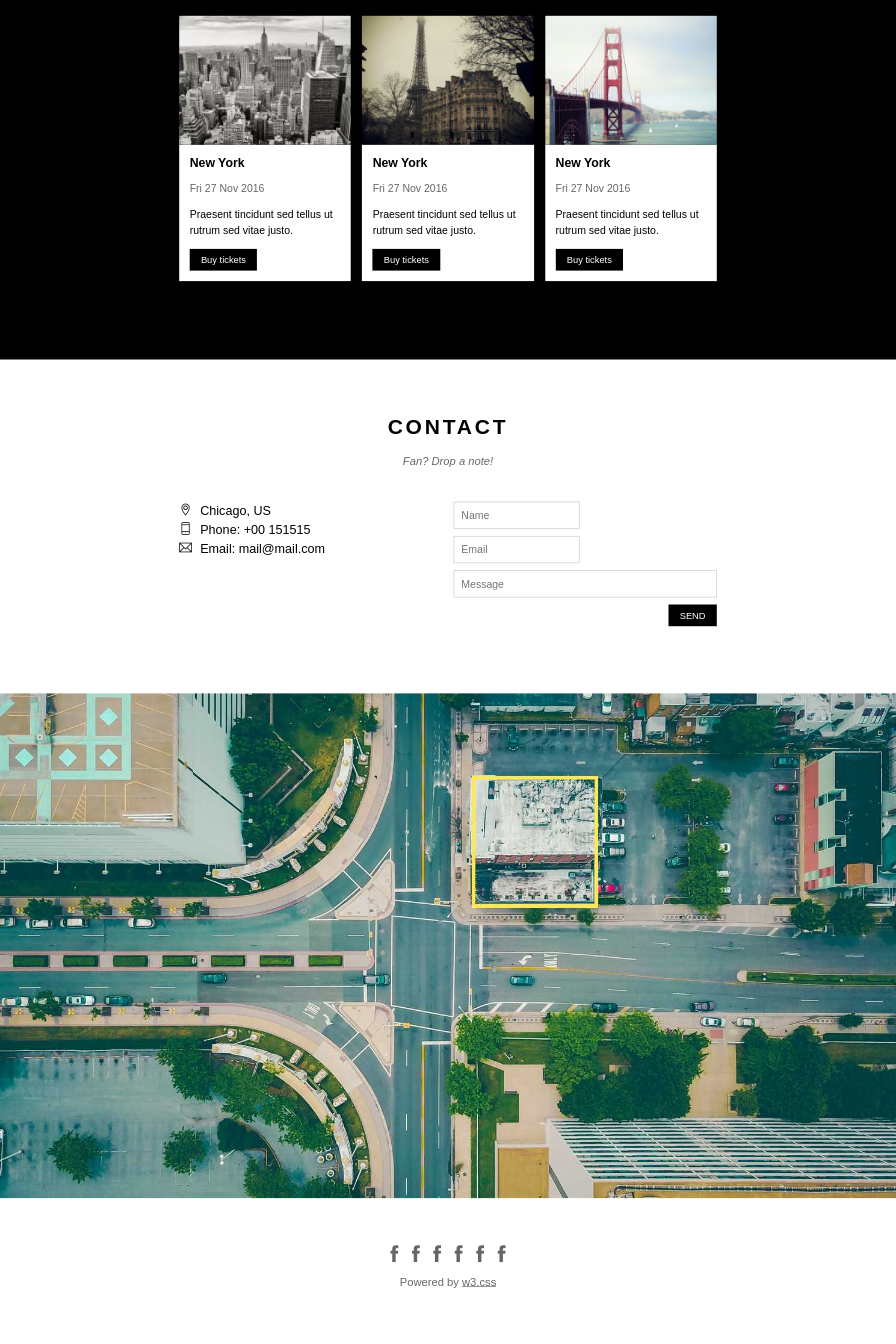
Repository: Bakyproit/the-Band
Page: index.html
These files come from the project's save history. The page is drawn as it stood at one moment and after the next save; the edit follows.
The browser window is 1280 px wide. The pictures show the part of the page from y = 1651 to 3571 px (the page is 3571 px tall before and 3522 px after), at 70% of full size.

Above is the page before, as saved 2022-01-03 23:24:15.

### index.html
<!DOCTYPE html>
<html lang="en">
<head>
    <meta charset="UTF-8">
    <meta http-equiv="X-UA-Compatible" content="IE=edge">
    <meta name="viewport" content="width=device-width, initial-scale=1.0">
    <link rel="stylesheet" href="./assets/fonts/themify-icons/themify-icons.css">
    <link rel="stylesheet" href="./assets/css/style.css">
    <link rel="stylesheet" href="./assets/css/reponsive.css">
    <title>The-Band</title>
</head>
<body>

    <div id="main">
        <!-- begin header   -->
        <div id="header">
            <!-- Begin : Nav -->
            <ul id="nav">
                <li>
                    <a href="#">Home</a>
                </li>
                <li><a href="#band">Band</a></li>
                <li><a href="#tour">Tour</a></li>
                <li><a href="#contact">Contact</a></li>
                <li>
                    <a href="#">
                        More
                        <i class="nav-arrow-down ti-angle-down"></i>

                    </a>
                    <ul class="subnav">
                        <li><a href="#">Merchandise</a></li>
                        <li><a href="#">Extras</a></li>
                        <li><a href="#">Media</a></li>
                    </ul>
                </li>
            </ul>
            <!-- End : Nav -->
            <!-- Begin : Search button -->
            <div class="search-btn">
                <i class="search-icon ti-search"></i>
            </div>
            <div class="mobile-menu-btn" id='mobile-menu'>
                <i class="menu-icon ti-menu"></i>
            </div>
            <!-- End : Search button-->


        </div>
        <!-- end header     -->
        <!-- Begin slider== -->
        <div id="slider">
            <div class="text-content">
                <h2 class="text-heading">Chicago</h2>
                <div class="text-description">Thank you, Chicago - A night we won't forget</div>
            </div>

        </div>
        <!-- End slider    -->
        <!-- Begin content -->
        <div id="content">
        <!-- The- band -->
            <div id ="band" class="content-section">
                <h2 class="section-heading">THE BAND</h2>
                <p class="section-sub-heading">We love music</p>
                <p class="about-text">We have created a fictional band website. Lorem ipsum dolor sit amet, consectetur adipiscing elit, sed do eiusmod tempor incididunt ut labore et dolore magna aliqua. Ut enim ad minim veniam, quis nostrud exercitation ullamco laboris nisi ut aliquip ex ea commodo consequat. Duis aute irure dolor in reprehenderit in voluptate velit esse cillum dolore eu fugiat nulla pariatur. Excepteur sint occaecat cupidatat non proident, sunt in culpa qui officia deserunt mollit anim id est laborum consectetur adipiscing elit, sed do eiusmod tempor incididunt ut labore et dolore magna aliqua. Ut enim ad minim veniam, quis nostrud exercitation ullamco laboris nisi ut aliquip ex ea commodo consequat.</p>
                <div class="member-list">
                    <div class="col-third member-item">
                        <p class="member-name">Name</p>
                        <img src="/assets/img/bandmember.jpg" alt="" class="member-img">
                    </div>
                    <div class="col-third member-item">
                        <p class="member-name">Name</p>
                        <img src="/assets/img/bandmember.jpg" alt="" class="member-img">
                    </div>
                    <div class="col-third member-item">
                        <p class="member-name">Name</p>
                        <img src="/assets/img/bandmember.jpg" alt="" class="member-img">
                    </div>

                </div>

            </div>
        <!-- Tour -->
            <div id ="tour" class="tour-section">
                <div class="content-section ">
                    <h2 class="section-heading text-white">TOUR DATES</h2>
                    <p class="section-sub-heading text-white">Remember to book your tickets!</p>
                    <ul class="tickets-list">
                        <li>
                            September
                            <span class="sold-out">Sold out</span>
                        </li>
                        <li>
                            October
                            <span class="sold-out" >Sold out</span>
                        </li>
                        <li>
                            November
                            <span class="quantity" >3</span>
                        </li>
                    </ul>
                    <!-- places - list -->
                    <div class="places-list row">
                        <div class="places-item  col col-third">
                            <img src="/assets/img/play/play1.jpg" alt="" class="places-img">
                            <div class="places-content">
                                <h3 class="places-name">New York</h3>
                                <p class="places-time">Fri 27 Nov 2016</p>
                                <p class="places-title">Praesent tincidunt sed tellus ut rutrum sed vitae justo.</p>
                                <button  class="btn js-buy-tickets ">Buy tickets</button>
                            </div>
                        </div>
                        <div class="places-item  col col-third ">
                            <img src="/assets/img/play/play2.jpg" alt="" class="places-img">
                            <div class="places-content">
                                <h3 class="places-name">New York</h3>
                                <p class="places-time">Fri 27 Nov 2016</p>
                                <p class="places-title">Praesent tincidunt sed tellus ut rutrum sed vitae justo.</p>
                                <button  class="btn js-buy-tickets ">Buy tickets</button>
                            </div>
                        </div>
                        <div class="places-item  col col-third">
                            <img src="/assets/img/play/play3.jpg" alt="" class="places-img">
                            <div class="places-content">
                                <h3 class="places-name">New York</h3>
                                <p class="places-time">Fri 27 Nov 2016</p>
                                <p class="places-title">Praesent tincidunt sed tellus ut rutrum sed vitae justo.</p>
                                <button  class="btn js-buy-tickets ">Buy tickets</button>
                            </div>
                        </div>
                    </div>
                </div>
            </div>
        <!--    Contact -->
            <div id ="contact" class="content-section">
                <h2 class="section-heading ">CONTACT</h2>
                <p class="section-sub-heading ">Fan? Drop a note!</p>
                <!-- contact - content -->
                <div class="row contact-content">
                    <div class="col col-half contact-info">
                        <p><i class="ti-location-pin"></i>Chicago, US</p>
                        <p><i class="ti-mobile"></i>Phone: +00 151515</p>
                        <p><i class="ti-email"></i>Email: mail@mail.com</p>
                    </div>
                    <div class="col col-half contact-form">
                        <form action="">
                            <div class="row ">
                                <div class="col col-half">
                                    <input type="text" name="" placeholder="Name" required id="" class="form-control">
                                </div>
                                <div class="col col-half">
                                    <input type="email" name="" placeholder="Email" required  id="" class="form-control">
                                </div>
                            </div>

                            <div class="row ">
                                <div class="col col-full">
                                    <input type="text" name="" placeholder="Message" required id="" class="form-control">
                                </div>
                            </div>
                            <input type="submit" value="SEND" class="btn pull-right">
                        </form>
                    </div>
                </div>
            </div>
        <!-- map -->
            <div class="map-section">
                <img src="./assets/img/map.jpg" alt="Map">
            </div>

        </div>
        <!-- End content -->
        <!-- Begin footer -->
        <div id="footer">
            <div class="social-list">
                <a href=""><i class="ti-facebook"></i></a>
                <a href=""><i class="ti-facebook"></i></a>
                <a href=""><i class="ti-facebook"></i></a>
                <a href=""><i class="ti-facebook"></i></a>
                <a href=""><i class="ti-facebook"></i></a>
                <a href=""><i class="ti-facebook"></i></a>
            </div>
            <p class="copy-right">Powered by <a href="">w3.css</a></p>
        </div>
        <!-- end-footer -->
        <!-- modal -->
        <div class="modal js-modal">
            <div class="modal-container js-modal-container">
                <div class="modal-close js-modal-close">
                    <i class="ti-close"></i>
                </div>
                <!-- header -->
                <header class="modal-header">
                    <i class="ti-bag"></i>
                    Tickets
                </header>
                <!-- body -->
                <div class="modal-body">
                    <label for="ticket-quantity" class="model-label">
                        <i class="ti-shopping-cart"></i>
                        Tickets, $15 per person
                    </label>
                    <input id="ticket-quantity" type="text" class="modal-input" placeholder="Howmany ?">


                    <label for="ticket-email" class="model-label">
                        <i class="ti-user"></i>
                        Send To
                    </label>
                    <input id= "ticket-email" type="text" class="modal-input" placeholder="Enter email ?">

                    <button class="buy-tickets">
                        Pay
                        <i class="ti-check"></i>
                    </button>
                </div>
                <footer class="modal-footer">
                    <p class="modal-help">Need <a href="">help?</a></p>
                </footer>
            </div>
        </div>
        <!-- end modal -->
        <!-- javascript -->
        <script>
            const buyBtns = document.querySelectorAll('.js-buy-tickets')
            const modal = document.querySelector('.js-modal')
            const modalClose = document.querySelector('.js-modal-close')
            const modalContainer =document.querySelector('.js-modal-container')
            function buyTickets(){
                modal.classList.add('open')
            }
            function hiddenBuyTickets(){
                modal.classList.remove('open')
            }


            for(const buyBtn of buyBtns){
                buyBtn.addEventListener('click' ,buyTickets )
            }
            modalClose.addEventListener('click' , hiddenBuyTickets)
            modal.addEventListener('click' , hiddenBuyTickets)
            modalContainer.addEventListener('click' , function (event){
                event.stopPropagation()
            })


            // dong mo menu
            var header = document.getElementById('header') ;
            var mobileMenu = document.getElementById('mobile-menu') ;
            var headerHeight = header.clientHeight ;
            mobileMenu.onclick= function(){
                // console.log(header.clientHeight);
                var isClosed = header.clientHeight === headerHeight ;
                if(isClosed){
                    header.style.height = 'auto' ;
                }else {
                    header.style.height = null ;
                }
            }
            //  tu dong dong khi chon menu
            var menuItems = document.querySelectorAll('#nav li a[href*="#"]') ;
            console.log(menuItems) ;
            for(var i = 0;i < menuItems.length ;i++) {
                var menuItem = menuItems[i] ;

                menuItem.onclick = function(event){
                    // kiem tra ae lien ke no
                    var isParentMenu = this.nextElementSibling &&
                            this.nextElementSibling.classList.contains('subnav') ;
                    if(isParentMenu){
                        event.preventDefault() ;
                    }else{
                        header.style.height = null ;
                    }
                }
            }

        </script>
        <!-- javascript -->
    </div>
</body>
</html>



<!-- hang row -->

### assets/css/style.css
/*
Reset css
*/
*{
    padding: 0;
    margin:  0;
    box-sizing: border-box;
}
html {
    font-family: Arial, Helvetica, sans-serif;
    scroll-behavior: smooth;
}
#main {

}
.text-white{
    color:#fff !important;
}
.btn{
    display: inline-block;
    text-decoration: none;
    padding: 8px 16px;
    color: #fff;
    background-color: #000;
    border : none  ;
}
.btn:hover{
    color: #000!important;
    background-color: #ccc!important;
    cursor: pointer;
}

.pull-right{
    float: right !important ;
}
.flex{
    display: flex;
}

.row {
    margin-left: -8px;
    margin-right: -8px;
}
.col {
    padding-left: 8px;
    padding-right: 8px;
}
.col-third{
    width: 33.33333%;
}
.col-half{
    width: 50%;
}
.col-full{
    width: 100%;
}
/* =====header===== */
#header {
    height: 46px;
    background-color: #000;
    position: fixed;
    top : 0 ;
    right: 0;
    left : 0;
    z-index: 1;
}
#nav{
    display: inline-block;
}
#nav .subnav {
    list-style-type: none;
}
/* nav */
#nav > li{
    display: inline-block;
    position: relative;
}
#nav li a{
    display: inline-block;
    color : #fff ;
    text-decoration: none;
    line-height: 46px;
    padding: 0px 24px;
    text-transform: uppercase;
}
#nav > li:hover > a,
#nav .subnav li:hover a{
    color : #000 ;
    background-color: #ccc;
}
/*     subnav */
#nav .subnav{
    display: none;
    position: absolute;
    top:100% ;
    background-color: #fff;
    /* bong do */
    box-shadow: 0 0 10px rgba(0, 0, 0,0.5) ;
    min-width: 160px;
}
#nav li:hover .subnav {
    display: block ;
}

#nav .subnav  a{
    display:  block;
    color: #000;
    padding: 0 12px;
    line-height: 38px;
}
#nav .nav-arrow-down{
    font-size: 14px;
}
.mobile-menu-btn{
    position: absolute;
    top: 0;
    right: 0;
}
.mobile-menu-btn,
#header .search-btn{
    float: right;
    padding: 0 21px;
}

#header .search-btn:hover{
    cursor: pointer;
    background-color:#f44336 ;
}
#header .mobile-menu-btn:hover {
    background-color:#ccc ;
}
#header .mobile-menu-btn:hover .menu-icon{
    color: #000;
}
#header .menu-icon ,
#header .search-icon{
    color : #fff ;
    font-size: 20px;
    line-height: 46px;
}


/* ====end header=======                 */
/*      Begin slider                     */
#slider {
    margin-top: 46px;
    padding-top:50%;
    /* luon bang 50% chieu rong */
    background: url('/assets/img/slider/slider1.jpg') top center / cover no-repeat;
    position: relative;
}
#slider .text-content{
    position: absolute;
    bottom: 48px;
    left:50%;
    color:#fff ;
    transform: translateX(-50%);
    text-align: center;

}
#slider .text-heading{
    margin:  0 0 25px 0 ;
    font-weight: 500px;
    font-size: 24px;
}
#slider .text-description{
    font-size: 15px;
}
/*    End slider                     */
/*    Begin content                  */
#content {
    color : #000 ;
}
#content .content-section{
    width: 800px;
    max-width: 100%;
    margin-left: auto;
    margin-right: auto;
    padding: 64px 16px;

}
#content .section-heading{
    margin: 10px 0;
    font-size: 30px;
    text-align: center;
    font-weight: 400px;
    letter-spacing: 4px;
    line-height: 45px;
}
#content .section-sub-heading{
    margin:15px 0 ;
    text-align: center;
    font-style: italic;
    opacity: 0.6;
    line-height: 22px;
}
/*             About                   */
#content .about-text{
    margin: 15px 0 ;
    font-size: 14px;
    text-align: justify ;
    line-height: 1.6;

}
#content .member-list{
    padding: 32px 0 ;
    display: flex;
    flex-wrap: wrap;
    text-align: center;
}

#content  .member-name{
    margin: 15px 0;
    font-size: 15px;
    line-height: 22px;
}
#content  .member-img{
    margin-bottom: 10px;
    width: 154px;
    border-radius: 4px;
}

/*                   Tour                        */
.tour-section{
    background-color: black;
    color:#fff ;
}
.tour-section .tickets-list li{
    list-style: none;
    color: #757575;
    padding: 8px 16px;
    font-size: 15px;
    line-height: 22px;
    background-color: #fff;
    border-bottom: 1px solid #ddd;
}
.tour-section  .sold-out{
    display: inline-block;
    background-color: #f44336;
    padding: 0 8px;
    margin-left:16px;
}
.tour-section .quantity{
    display: inline-block;
    padding: 0 8px;
    margin-right: 16px;
    background-color: #333;
    color:#fff ;
    border-radius: 50%;
    float: right;
}

.places-list{
    display: flex;
    flex-wrap: wrap;
    color: #000;
    font-size: 15px;
    padding: 32px 0 ;
}
.places-item{
    margin-bottom: 16px;
}

.places-img{
    width: 100%;
    display: block;
}
.places-img:hover{
    opacity: 0.6;
}
.places-content{
    padding: 15px;
    line-height: 22px;
    background-color: #fff;
}
.places-name{
}
.places-time{
    margin-top: 15px ;
    opacity: 0.6;
}
.places-title{
    margin: 15px 0 ;
    line-height: 1.5;
}




/*                  contact            */

.contact-content{
    display: flex;
    flex-wrap: wrap;
    padding-bottom: 32px  ;
    padding-top: 32px;
}
.contact-info{
    font-size: 18px;
    line-height: 1.5;
}
.contact-info i[class*="ti-"]{
    display: inline-block;
    width: 30px;

}

.contact-form .form-control{
    font-size: 15px;
    padding: 10px ;
    border : 1px solid #ccc ;
    width: 100%;
    margin-bottom: 10px;
}
/*                      Map-section                        */
.map-section img {
    width: 100%;
}


/*                      end content                 */
/*                      Begin footer                */

#footer {
    padding: 64px 16px;
    text-align: center;
}
#footer .social-list{
    font-size: 24px;

}
#footer .social-list a {
    text-decoration: none;
    color: rgba(0, 0, 0,0.6);

}
#footer .social-list a:hover{
    color: rgba(0, 0, 0,0.4);
}
#footer .copy-right{
    margin: 15px  0 ;
    color: rgba(0, 0, 0,0.6);
}
#footer .copy-right a{
    color: rgba(0, 0, 0,0.6);
}
/*                         end footer                */
/*                         modal                   */
.modal{
    position: fixed;
    top:0;
    right: 0 ;
    bottom: 0;
    left: 0;
    background: rgba(0,0,0,0.4);
    align-items: center;
    justify-content: center;
    display: none;
}
.modal.open{
    display: flex;
}
.modal-container{
    background-color: #fff;
    width: 900px;
    min-height: 300px;
    position: relative;
    animation: modalFaceIn ease .6s;
}
.modal-close {
    position: absolute;
    top: 0;
    right: 0;
    padding: 8px 16px;
    line-height: 36px;
    color:#fff ;
}
.modal-close:hover{
    color:#000 ;
    background: #ccc;
    opacity: 0.6;
}
.modal-header{
    background-color: #009688;
    height: 130px;
    font-size: 30px ;
    color:#fff ;
    display: flex;
    align-items: center;
    justify-content: center;
    padding: 32px 16px;
}
.modal-header i {
    margin-right: 20px;
}
.modal-body{
    padding: 0 16px ;
    margin-top: 15px;
}
.model-label{
    display: block;
    font-size: 15px;
    color: #000;
    padding: 2.5px 0;

}
.modal-input {
    padding: 11.5px 8px;
    border : 1px solid #ccc ;
    width: 100%;
    margin: 15px 0;
}

.buy-tickets{
    background-color: #009688;
    padding:18.5px 16px;
    margin-bottom: 16px;
    width: 100%;
    font-size: 15px;
    border :0 ;
}

.buy-tickets:hover{
    color:#000 ;
    background: #ccc;
}


.modal-footer{
    display: inline-block;
    margin: 15px 0;
    padding: 2.5px 16px ;
    font-size: 15px;
    float: right;
}
.modal-footer .modal-help{
}
.modal-footer a{
    color :#2196F3 ;
}



@keyframes modalFaceIn{

    from{
        opacity: 0;
        transform: translateY(-140px);
    }
    to{
        opacity: 1;
        transform: translateY(0);
    }
}

### assets/css/reponsive.css


/* mobile */
@media (max-width:739px) {
    /* header */
    #header {
        overflow: hidden;
    }
    #header .search-btn{
        display: none;
    }
    #nav {
        display: block;
    }
    #nav > li{
        display: block;
    }
    #nav > li:first-child{
        display: inline-block;
    }
    #nav li a {
        display: block;
    }
    #nav .subnav{
        position: inherit;
        background-color: #333;
    }
    #nav .subnav  a{
        color:#fff ;
        padding: 5px 41px;
    }
    /* content */
    #content .member-item{
        width: 100%;
        margin-top: 30px;
    }
    #content  .member-img{
        width: 60%;
    }
    /* places */
    .places-list .places-item{
        width: 100%;
    }
}

/* tablet */
@media (min-width:740px) and (max-width:1023px) {
    .mobile-menu-btn {
        display: none;
    }
}

/* PC */
@media (min-width:1024px) {
    .mobile-menu-btn {
        display: none;
    }
}

Loaded but not shown: assets/fonts/themify-icons/themify-icons.css (common file)

After the next save:
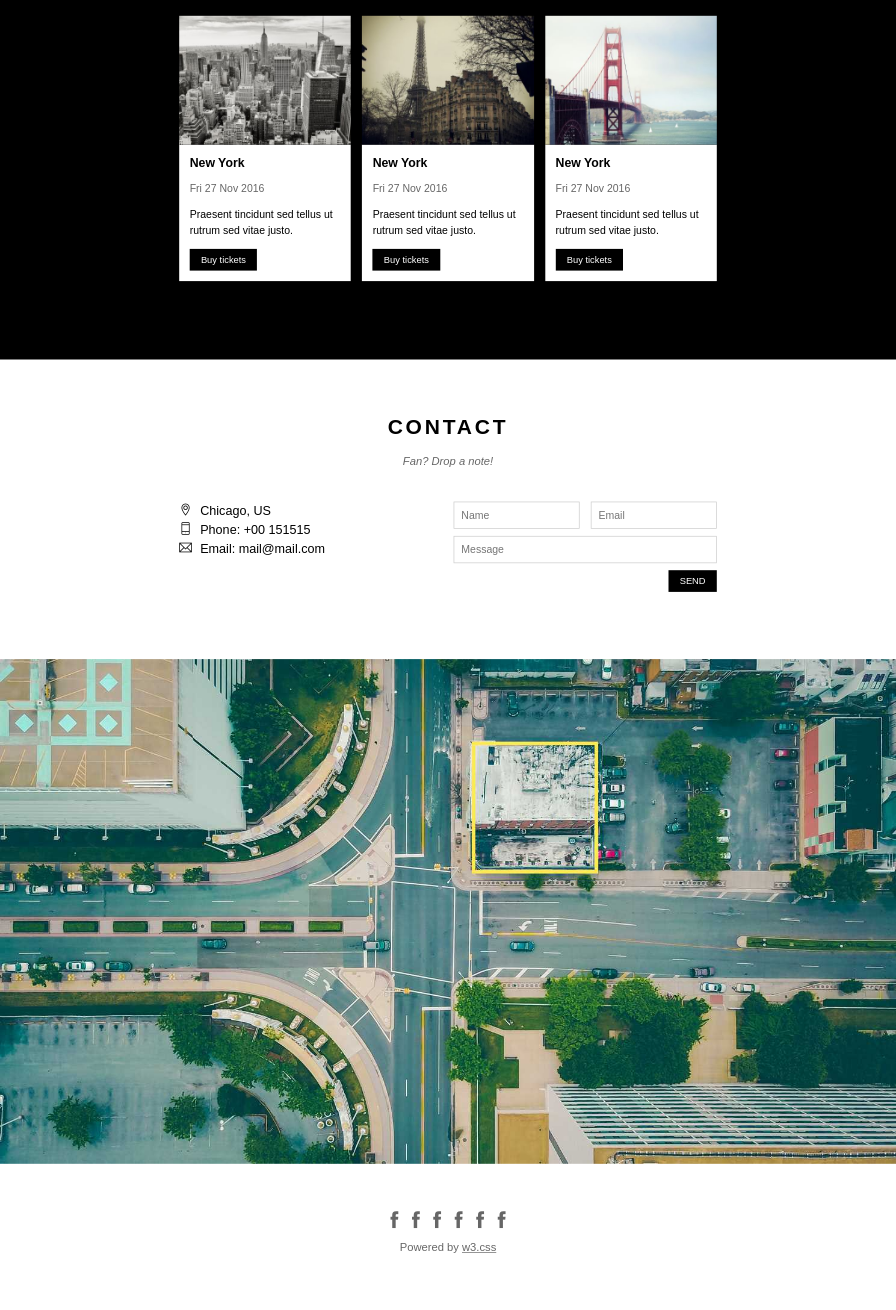
Saved 47 s later.
--- a/index.html
+++ b/index.html
@@ -145,7 +145,7 @@
                     </div>
                     <div class="col col-half contact-form">
                         <form action="">
-                            <div class="row ">
+                            <div class="row flex">
                                 <div class="col col-half">
                                     <input type="text" name="" placeholder="Name" required id="" class="form-control">
                                 </div>
